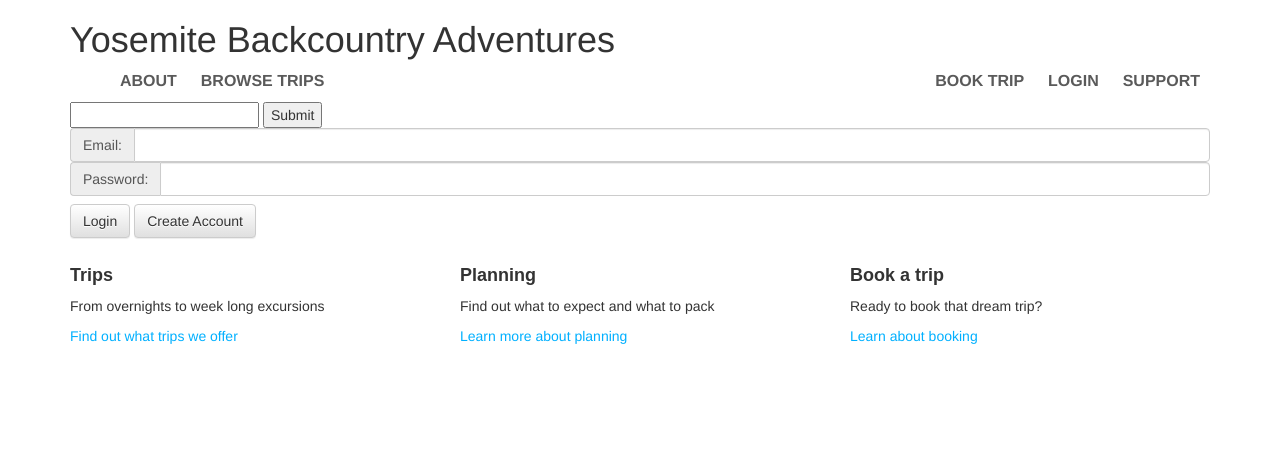
Repository: nageek17/eadventures
Page: http://localhost/login.php
The author's editor kept a record of every edit. The page is drawn from the files as they stood at one moment, then again after the next edit.
The browser window is 1280 px wide. The pictures show the whole page.
Some web libraries are served in a nearby version. The page is run by PHP 8.4 with error messages shown; the project is at /var/www/html/.

Above is the page before.
Console error (its wording comes from the project's code and is left out).

After the next edit:
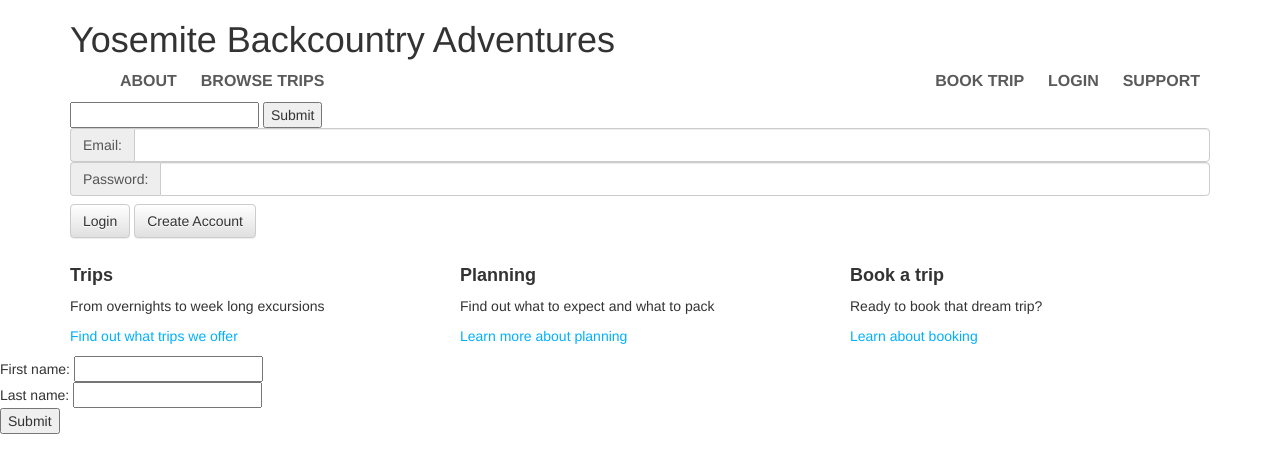
The edit:
--- a/login.php
+++ b/login.php
@@ -25,3 +25,10 @@
 <?php
     include ('footer.php');
 ?>
+
+
+<form action="demo_form.asp" method="get">
+  First name: <input type="text" name="fname"><br>
+  Last name: <input type="text" name="lname"><br>
+  <input type="submit" value="Submit">
+</form>
